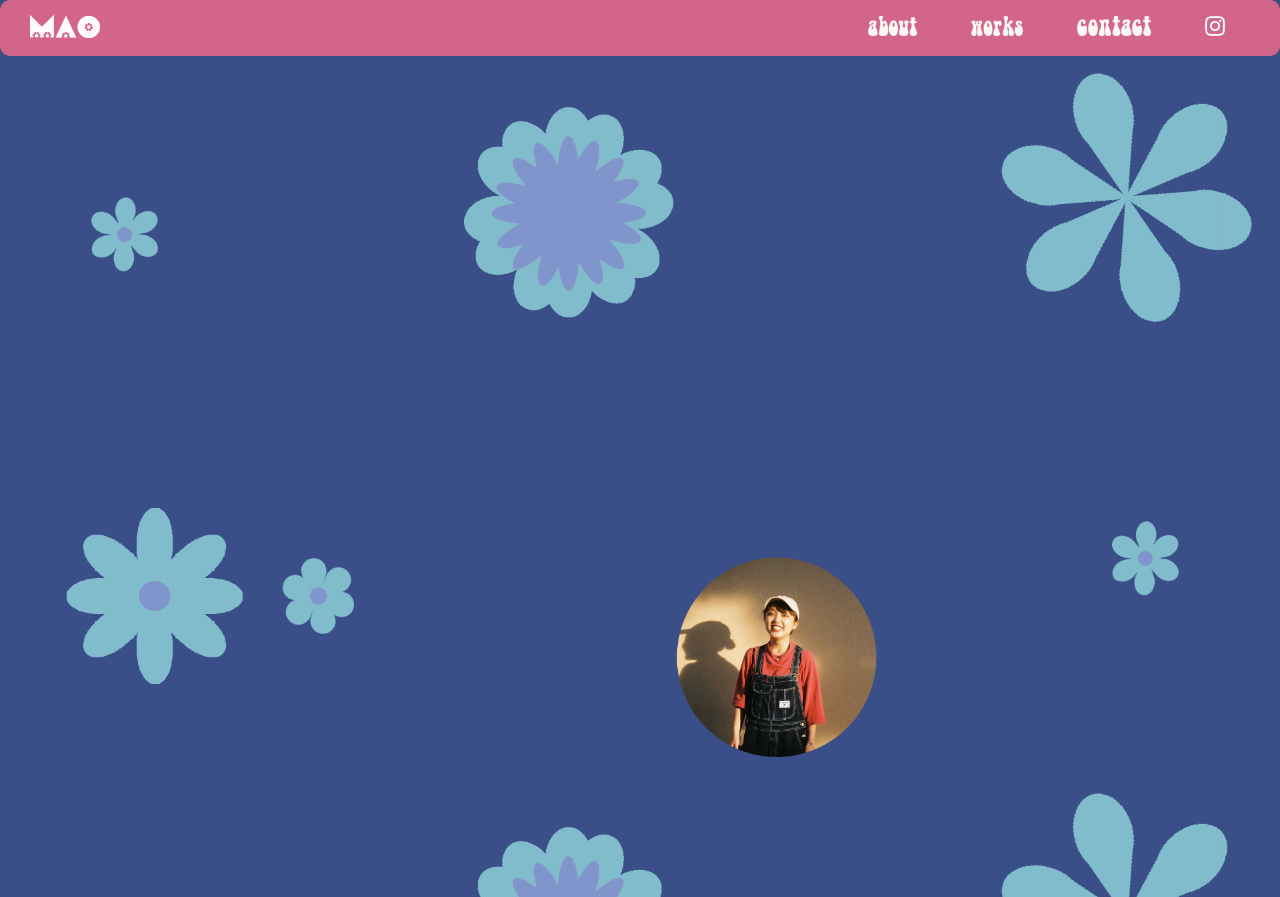
Repository: HarashimaMao/portfolio
Page: top.html
The author's editor kept a record of every edit. The page is drawn from the files as they stood at one moment, then again after the next edit.
The browser window is 1280 px wide. The pictures show the whole page.

Above is the page before.

### top.html
<!DOCTYPE html>
<html lang ="ja">
    <head>
        <meta charset="utf-8">
        <title>HarashimaMao</title>
        <style>
          body {
              margin: 0;
              background-image: url(images/my_home_page1.jpg);
              background-size: cover;
          }

          .header {
              width: 100%;
              display: flex;
              background-color: #D3648A;
              justify-content: space-between;
              border-radius: 10px;
          }

          .header-logo {
              margin-top: 15px;
              margin-left: 30px;
          }

          ul {
              list-style: none;
              margin-right: 5px;

          }

          li {
              display: inline-block;
              margin-right: 50px;
          }

          .main {
              margin: 0;
              position: absolute;
              top: 60%;
              left: 50%;
          }
        </style>
    </head>
    <body>
        <div class="header">
            <div class="header-logo">
                <a href="top.html"><img src="images/MAOlogo.png" width="70px"></a>
            </div>
            <div class="header-list">
                <ul>
                    <li><a href="about.html"><img src="images/about.png" alt="about" height="20px"></a></li>
                    <li><a href="works.html"><img src="images/works.png" alt="works" height="20px"></a></li>
                    <li><a href="contact.html"><img src="images/contact.png" alt="contact" height="20px"></a></li>
                    <li><a href="https://www.instagram.com/mao_yz/?hl=en"><img src="images/insta.png" alt="insta" height="20px"></a></li>
                </ul>
            </div>
        </div>

        <div class="main">
            <img src="images/portrait.png" width="300px"></img>
        </div>

        <script src="jquery-3.6.0.min.js"></script>
        <script>
        /*global $*/
            $(function(){
                $('.header').hover(
                    function(){
                        $(this).animate({
                            'font-size':'20px'
                        });
                    },
                    function(){
                        $(this).animate({
                            'font-size':'16px'
                        });
                    });
            });
        </script>
    </body>
</html>

Loaded but not shown: jquery-3.6.0.min.js (library)

After the next edit:
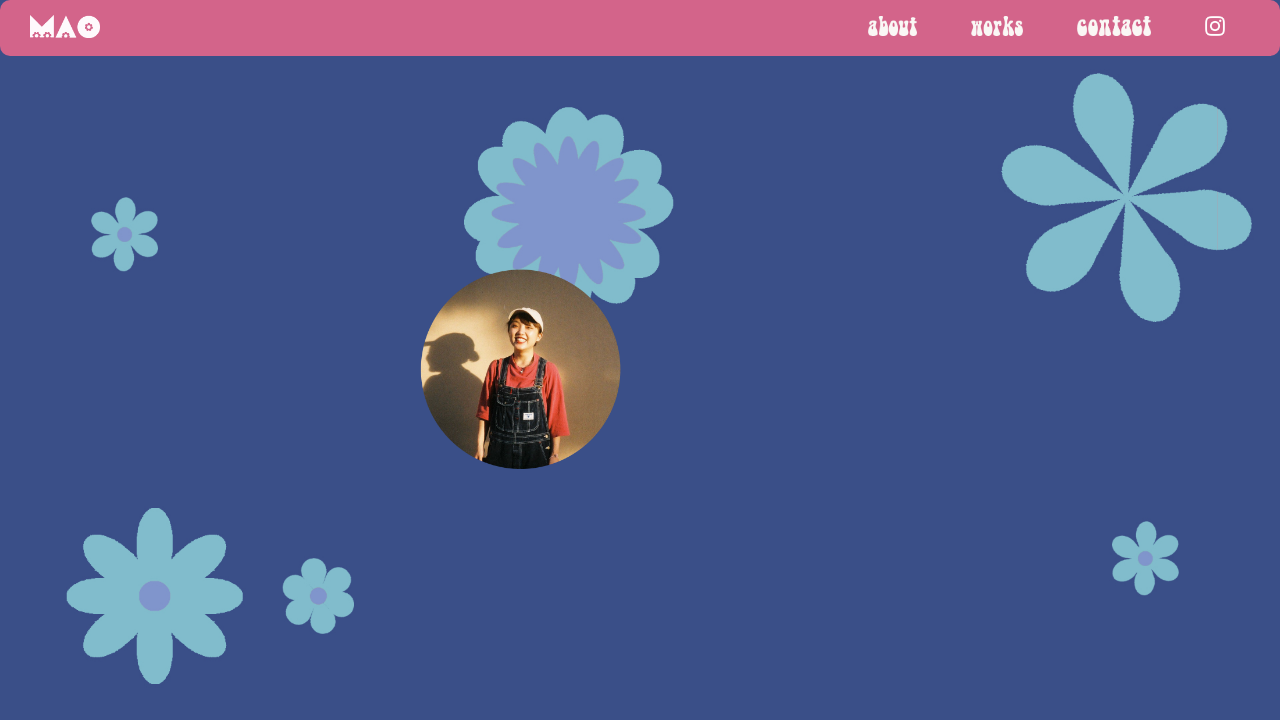
The edit:
--- a/top.html
+++ b/top.html
@@ -37,8 +37,8 @@
           .main {
               margin: 0;
               position: absolute;
-              top: 60%;
-              left: 50%;
+              top: 20%;
+              left: 30%;
           }
         </style>
     </head>
